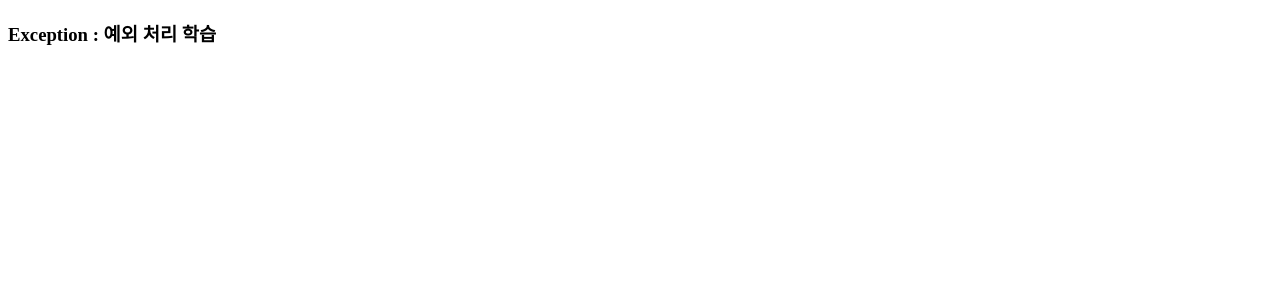
Repository: papepopopy/javascript
Page: http://localhost/webjsp/ex02/addException.jsp
The author's editor kept a copy of each file at every save. The page is drawn from the files as they stood at one save, then again after a run of saves.
The browser window is 1280 px wide. The pictures show the whole page.
The page is served by Tomcat 9. Nobody is signed in. The application's start-up code is not run. Other server files are loaded and not shown.

Above is the page before, as saved 2024-07-04 06:21:04.

### jspStudy/jspStudy/webjsp/src/main/webapp/ex02/addException.jsp
<%@ page language="java" contentType="text/html; charset=UTF-8"
    pageEncoding="UTF-8"%>
<!DOCTYPE html>
<html>
<head>
<meta charset="UTF-8">
<title>Exception : 예외 처리 학습</title>
</head>
<body>
	<h3>Exception : 예외 처리 학습</h3>

	<form></form>
</body>
</html>

After the next 2 saves:
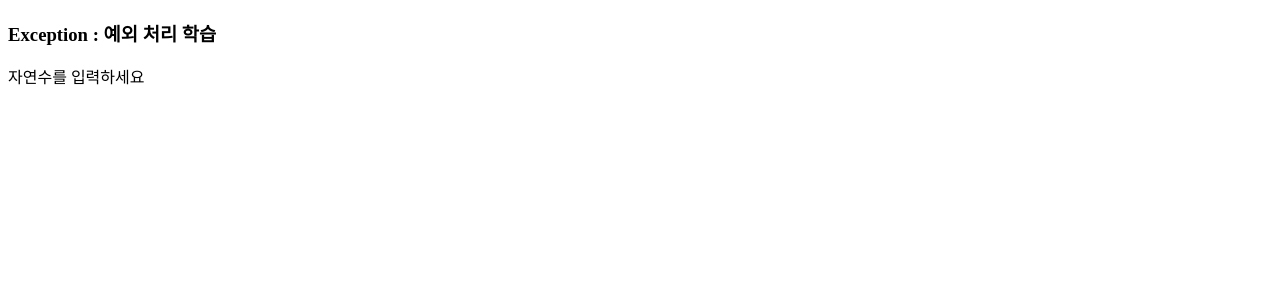
The 2 saves are shown as one change because they came seconds apart.
The last was saved 9 s later.
--- a/jspStudy/jspStudy/webjsp/src/main/webapp/ex02/addException.jsp
+++ b/jspStudy/jspStudy/webjsp/src/main/webapp/ex02/addException.jsp
@@ -9,6 +9,8 @@
 <body>
 	<h3>Exception : 예외 처리 학습</h3>
 
-	<form></form>
+	<form>
+		자연수를 입력하세요<br>
+	</form>
 </body>
 </html>
